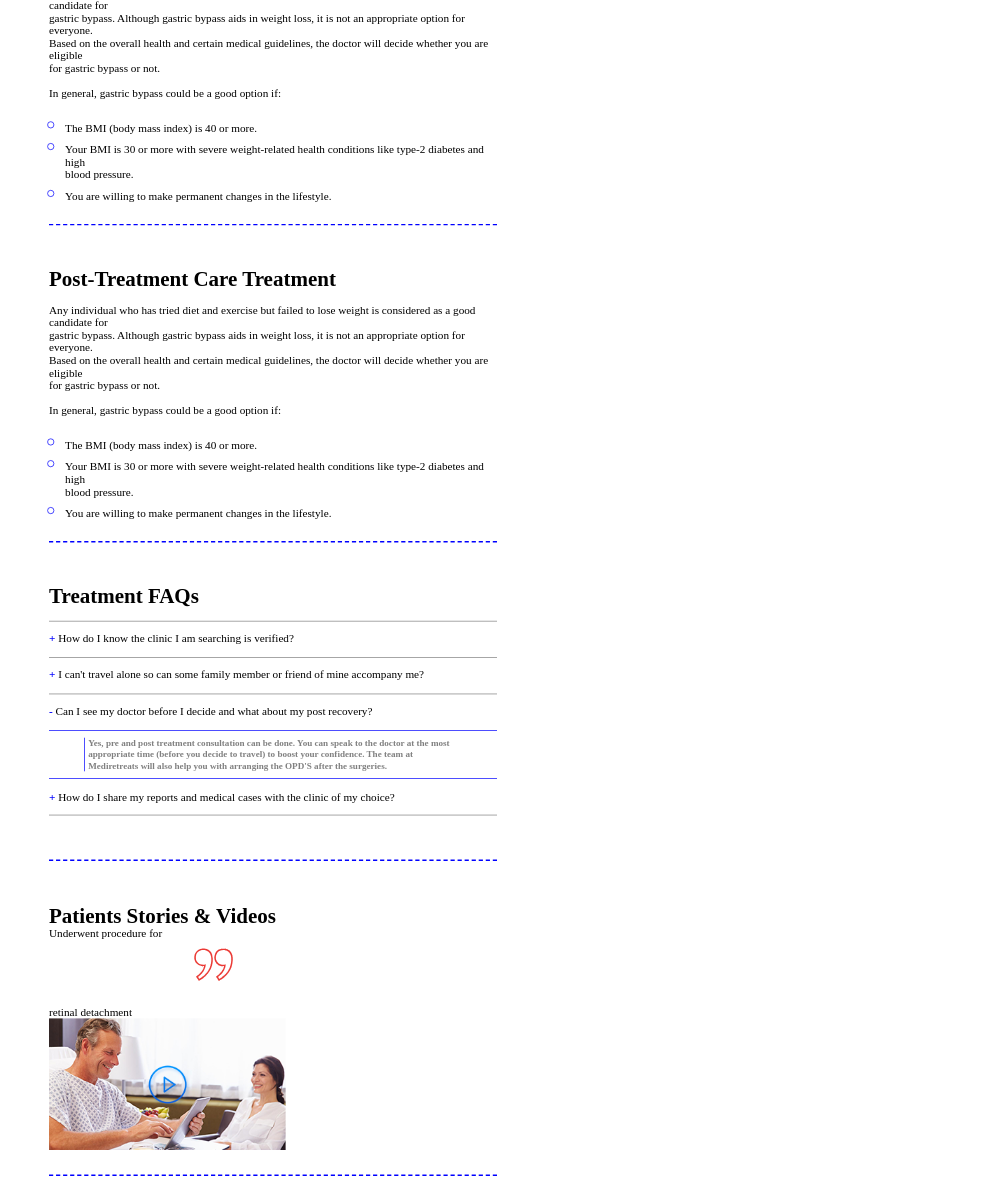
Repository: hetuk2005/webDevelopment
Page: Projects/Aafiya.html
An editor plug-in stored every save of this project. The page is shown before and after the next save, followed by the edit.
The browser window is 1280 px wide. The page is 1438 px wide, so the pictures cover 1438 px, including what lies to the right of the window. The pictures show the part of the page from y = 2827 to 4547 px (the page is 4517 px tall before and 4547 px after), at 70% of full size.

Above is the page before, as saved 2025-04-08 10:25:02.

### Projects/Aafiya.html
<!DOCTYPE html>
<html lang="en">

<head>
    <meta charset="UTF-8" />
    <meta name="viewport" content="width=device-width, initial-scale=1.0" />
    <title>Hetuk</title>
    <link rel="stylesheet" href="./CSS/Aafiya.css" />
</head>

<body>
    <nav>
        <div class="child1">
            <div class="images">
                <img src="./Images/Aafiya Logo.svg" alt="Aafiya Logo" class="img1" /><br />
                <img src="./Images/Logo 2.png" alt="Logo" class="img2" />
            </div>
            <div class="image_text">
                <div class="book_text">
                    <img src="./Images/Book.svg" alt="Book" class="img3" />
                    <div class="grid">
                        <br />
                        <p class="text">Second Medical Option</p>
                        <p class="text1">Book Consultation</p>
                    </div>
                </div>
                <div class="call_text">
                    <img src="./Images/Call.svg" alt="Call" class="img4" /><br />
                    <div class="grid">
                        <br />
                        <p class="text">Call Us On</p>
                        <p class="text1">985 896 2222</p>
                    </div>
                </div>
                <div class="mail_text">
                    <img src="./Images/Mail.png" alt="Mail" class="img5" />
                    <div class="grid">
                        <br />
                        <p class="text">Email Us On</p>
                        <p class="text1">info@mediretreats.com</p>
                    </div>
                </div>
                <div class="India">
                    <img src="./Images/India.svg" alt="India Flag" class="img6" />
                    <img src="./Images/Dropdown Arrow.svg" alt="Dropdown Arrow" class="img7" />
                </div>
            </div>
        </div>
        <div class="child2">
            <ul>
                <li>Home</li>
                <li>About Us</li>
                <li>Treatments +</li>
                <li>Destinations +</li>
                <li>Hospitals</li>
                <li>FAQs</li>
                <li>Blog</li>
                <li>Request A Quote</li>
            </ul>
            <input type="search" placeholder="Search" />
        </div>
    </nav>
    <div class="home_img">
        <div class="home_child">
            <p class="home_content">Home</p>
            <span> > </span>
            <p class="home_content">Treatments</p>
            <span> > </span>
            <p class="home_content">Orthopaedics</p>
            <span> > </span>
            <p class="home_content">Knee Replacement</p>
        </div>
        <br />
        <h3>Total Knee Replacement</h3>
        <p class="home_description">
            Total knee replacement is a surgery to remove and replace the whole<br /> damaged knee joint with an artificial joint.
        </p>
        <br />
        <button class="enquire_now">Enquire Now</button>
    </div>
    <div class="nav2">
        <ul>
            <li class="list">Overview</li>
            <li>Eligibility</li>
            <li>Preparation</li>
            <li>About Treatment</li>
            <li>Post-Treatment Care</li>
            <li>Recovery Tips</li>
            <li>FAQs</li>
            <li>Patients Stories</li>
        </ul>
    </div>
    <div class="treatment_overview">
        <div class="treatment_text">
            <h3>Treatment Overview</h3>
            <br />
            <p>
                Lorem ipsum dolor sit amet consectetur adipisicing elit.<br /> Earum, culpa vel debitis incidunt non quis.
            </p>
            <br />
            <p>
                Lorem ipsum dolor sit amet consectetur adipisicing elit.<br /> aliquam repudiandae, corporis consectetur dolorem eum.<br /> facilis quasi, praesentium inventore expedita quo hic.
            </p>
            <br />
            <p>
                Lorem ipsum dolor sit amet culpa vel debitis<br /> consectetur, adipisicing elit. Adipisci, nemo.
            </p>
            <br />
        </div>
        <div class="treatment_img">
            <img src="./Images/treatment_overview (1).jpg" alt="Image" />
        </div>
    </div>
    <div class="eligibility_for_treatment">
        <div class="eligibility_text">
            <h3>Eligibility For Treatment</h3>
            <br />
            <p>
                Any individual who has tried diet and exercise but failed to lose weight is considered as a good candidate for<br /> gastric bypass. Although gastric bypass aids in weight loss, it is not an appropriate option for everyone.<br /> Based
                on the overall health and certain medical guidelines, the doctor will decide whether you are eligible<br /> for gastric bypass or not.
            </p>
            <br />
            <p>In general, gastric bypass could be a good option if:</p>
            <br />
            <ul>
                <li>The BMI (body mass index) is 40 or more.</li>
                <li>
                    Your BMI is 30 or more with severe weight-related health conditions like type-2 diabetes and high<br /> blood pressure.
                </li>
                <li>You are willing to make permanent changes in the lifestyle.</li>
            </ul>
        </div>
        <br /><br /><br />
        <div class="eligibility_form">
            <h3>Need Help?</h3>
            <br />
            <p>
                Just let us know. We will be happy to<br /> assist you.
            </p>
            <br /><br />
            <form>
                <input type="text" placeholder="Full Name" /><br /><br />
                <input type="email" placeholder="Email" /><br /><br />
                <input type="tel" placeholder="Phone Number" /><br /><br />
                <input type="textarea" placeholder="Describe Your Treatment Requirement" class="textarea" /><br /><br />
                <button class="Enquiry">Send Enquiry</button>
            </form>
        </div>
    </div>
    <div class="preparation_of_treatment">
        <h3>Preparation Of Treatment</h3>
        <br />
        <p>
            Any individual who has tried diet and exercise but failed to lose weight is considered as a good candidate for<br /> gastric bypass. Although gastric bypass aids in weight loss, it is not an appropriate option for everyone.<br /> Based on
            the overall health and certain medical guidelines, the doctor will decide whether you are eligible<br /> for gastric bypass or not.
        </p>
        <br />
        <p>In general, gastric bypass could be a good option if:</p>
        <br />
        <ul>
            <li>The BMI (body mass index) is 40 or more.</li>
            <li>
                Your BMI is 30 or more with severe weight-related health conditions like type-2 diabetes and high<br /> blood pressure.
            </li>
            <li>You are willing to make permanent changes in the lifestyle.</li>
        </ul>
    </div>
    <div class="about_treatment">
        <h3>About Treatment</h3>
        <br />
        <p>
            Any individual who has tried diet and exercise but failed to lose weight is considered as a good candidate for<br /> gastric bypass. Although gastric bypass aids in weight loss, it is not an appropriate option for everyone.<br /> Based on
            the overall health and certain medical guidelines, the doctor will decide whether you are eligible<br /> for gastric bypass or not.
        </p>
        <br />
        <p>In general, gastric bypass could be a good option if:</p>
        <br />
        <ul>
            <li>The BMI (body mass index) is 40 or more.</li>
            <li>
                Your BMI is 30 or more with severe weight-related health conditions like type-2 diabetes and high<br /> blood pressure.
            </li>
            <li>You are willing to make permanent changes in the lifestyle.</li>
        </ul>
    </div>
    <div class="post_treatment">
        <h3>Post-Treatment Care Treatment</h3>
        <br />
        <p>
            Any individual who has tried diet and exercise but failed to lose weight is considered as a good candidate for<br /> gastric bypass. Although gastric bypass aids in weight loss, it is not an appropriate option for everyone.<br /> Based on
            the overall health and certain medical guidelines, the doctor will decide whether you are eligible<br /> for gastric bypass or not.
        </p>
        <br />
        <p>In general, gastric bypass could be a good option if:</p>
        <br />
        <ul>
            <li>The BMI (body mass index) is 40 or more.</li>
            <li>
                Your BMI is 30 or more with severe weight-related health conditions like type-2 diabetes and high<br /> blood pressure.
            </li>
            <li>You are willing to make permanent changes in the lifestyle.</li>
        </ul>
    </div>
    <div class="treatment_recovery">
        <h3>Post-Treatment Care Treatment</h3>
        <br />
        <p>
            Any individual who has tried diet and exercise but failed to lose weight is considered as a good candidate for<br /> gastric bypass. Although gastric bypass aids in weight loss, it is not an appropriate option for everyone.<br /> Based on
            the overall health and certain medical guidelines, the doctor will decide whether you are eligible<br /> for gastric bypass or not.
        </p>
        <br />
        <p>In general, gastric bypass could be a good option if:</p>
        <br />
        <ul>
            <li>The BMI (body mass index) is 40 or more.</li>
            <li>
                Your BMI is 30 or more with severe weight-related health conditions like type-2 diabetes and high<br /> blood pressure.
            </li>
            <li>You are willing to make permanent changes in the lifestyle.</li>
        </ul>
    </div>
    <div class="treatment_faqs">
        <h3>Treatment FAQs</h3>
        <br />
        <p>How do I know the clinic I am searching is verified?</p>
        <br />
        <p>
            I can't travel alone so can some family member or friend of mine accompany me?
        </p>
        <br />
        <p class="answered">
            Can I see my doctor before I decide and what about my post recovery?
        </p>
        <br />
        <p class="answer">
            <span class="left">
          Yes, pre and post treatment consultation can be done. You can speak to
          the doctor at the most<br />
          appropriate time (before you decide to travel) to boost your
          confidence. The team at<br />
          Mediretreats will also help you with arranging the OPD'S after the
          surgeries.
        </span>
        </p>
        <br />
        <a class="bottom">
        How do I share my reports and medical cases with the clinic of my
        choice?
      </a>
        <br />
    </div>
    <div class="patient_stories">
        <h3>Patients Stories & Videos</h3>
        <div class="stories_img">
            <p class="stories_text">Underwent procedure for</p> <img src="./Images/Quotes.svg" alt="Quotes" class="quotes">
            <p class="stories_text">retinal detachment</p>
            <img src="./Images/Patient_Stories.png" alt="Image Of Patient" class="patients" />
        </div>
    </div>
</body>

</html>

### Projects/CSS/Aafiya.css
* {
    margin: 0;
    padding: 0;
    box-sizing: border-box;
}

nav {
    width: 100%;
}

.child1 {
    display: flex;
    padding-top: 15px;
    gap: 20px;
    /* height: 50vh; */
    /* border: 1px solid black; */
    justify-content: space-evenly;
    align-items: center;
}

.img3,
.img4,
.img5 {
    height: 60px;
    width: 60px;
    padding-top: 10px;
    object-fit: contain;
}

.book_text,
.call_text,
.mail_text {
    display: flex;
    width: 250px;
    /* border: 1px solid red; */
    justify-content: center;
    padding-bottom: 15px;
}

.grid {
    display: grid;
    text-align: left;
    padding-left: 10px;
}

.img1 {
    height: 70px;
    width: 300px;
    object-fit: contain;
}

.img2 {
    height: 80px;
    width: 70px;
    object-fit: contain;
}

.image_text {
    display: flex;
    gap: 20px;
    padding-right: 50px;
}

.images {
    display: flex;
    gap: 25px;
    padding-left: 50px;
    justify-content: center;
    align-items: center;
}

.text1 {
    font-weight: bolder;
    font-size: 15px;
}

.text {
    font-weight: bold;
    color: gray;
    font-size: 15px;
}

.India {
    display: flex;
    padding-left: 5px;
    justify-content: center;
    gap: 8px;
}

.India>.img6 {
    height: 50px;
    /* width: 50px; */
    padding-top: 10px;
    object-fit: contain;
}

.India>.img7 {
    height: 40px;
    /* width: 40px; */
    padding-top: 23px;
    object-fit: contain;
}

.child2 {
    display: flex;
    padding-top: 10px;
    /* border: 1px solid black; */
    justify-content: space-evenly;
    align-items: center;
    color: white;
    padding-bottom: 10px;
    background-color: rgb(125, 163, 244);
}

.child2>ul {
    list-style-type: none;
    display: flex;
    gap: 60px;
    justify-content: center;
    font-weight: bold;
    align-items: center;
    font-size: larger;
    padding-right: 60px;
}

.child2>input {
    height: 45px;
    background-color: rgb(125, 163, 244);
    width: 200px;
    padding-left: 10px;
    font-weight: bold;
    border: 2px solid black;
}

.child2>input::placeholder {
    color: white;
    text-align: center;
    font-size: large;
    font-weight: bolder;
    opacity: 0.8;
}

.home_img {
    background-image: url(../Images/Main\ Image.jpg);
    background-position: center center;
    background-size: cover;
    background-repeat: no-repeat;
    padding: 80px 0;
    padding-left: 70px;
    position: relative;
    color: white;
}

.home_img>.home_child {
    display: flex;
    gap: 20px;
}

.home_img>.home_child>.home_content,
span {
    font-size: 20px;
    font-weight: bold;
}

.home_img>h3 {
    font-size: 37px;
    font-weight: bolder;
    margin-bottom: 15px;
}

.home_img>.home_description {
    font-size: 19px;
    margin-bottom: 25px;
    font-weight: bold;
}

.home_img>.home_child>span {
    color: red;
}

.home_img>.enquire_now {
    background-color: #1da1f2;
    font-weight: bold;
    color: white;
    font-size: 17px;
    width: 170px;
    height: 40px;
}

.nav2>ul {
    list-style-type: none;
    display: flex;
    gap: 50px;
    padding-left: 60px;
    padding-top: 25px;
    padding-bottom: 20px;
    border-bottom: 2px solid gray;
    font-size: larger;
    font-weight: 300;
}

.nav2>ul>.list:hover {
    text-decoration: underline;
}

.treatment_overview {
    display: flex;
    width: 100%;
    gap: 50px;
    margin-bottom: 10px;
    border-bottom: 2px dashed blue;
    margin-left: 70px;
}

.treatment_overview>.treatment_text {
    padding-top: 67px;
    padding-bottom: 50px;
}

.treatment_overview>.treatment_text>p {
    font-size: 25px;
    padding-bottom: 25px;
}

.treatment_overview>.treatment_text>h3 {
    font-weight: bold;
    font-size: 30px;
}

.treatment_overview>.treatment_img>img {
    height: 480px;
    width: 700px;
    padding-top: 40px;
    padding-bottom: 40px;
    object-fit: contain;
    margin-right: 70px;
}

.eligibility_for_treatment {
    display: flex;
    width: 100%;
    gap: 80px;
    padding-top: 50px;
    margin-left: 70px;
}

.eligibility_for_treatment>.eligibility_text {
    border-bottom: 2px dashed blue;
}

.eligibility_for_treatment>.eligibility_text>h3 {
    font-size: 30px;
    font-weight: bold;
}

.eligibility_for_treatment>.eligibility_text>ul {
    list-style-type: circle;
    padding-left: 23px;
}

.eligibility_for_treatment>.eligibility_text>ul>li::marker {
    color: blue;
    font-size: 30px;
    font-weight: bold;
}

.eligibility_for_treatment>.eligibility_form>h3 {
    font-size: 35px;
    color: blue;
    font-weight: bold;
    font-style: italic;
}

.eligibility_form {
    box-shadow: 0 0 10px rgba(0, 0, 0, 0.4);
    border-radius: 7px;
    padding: 20px;
}

.eligibility_for_treatment>.eligibility_form>p {
    font-size: 20px;
}

.eligibility_for_treatment>.eligibility_form>form>input {
    height: 40px;
    width: 300px;
    gap: 20px;
    border: 2px solid black;
    border-radius: 7px;
}

.eligibility_for_treatment>.eligibility_form>form>input::placeholder {
    color: gray;
    padding-left: 15px;
}

.eligibility_for_treatment>.eligibility_form>form>.textarea {
    height: 100px;
    width: 300px;
    border: 2px solid black;
    border-radius: 7px;
}


/*.eligibility_for_treatment>.eligibility_form>form>.textarea::placeholder {
    padding-bottom: 70px;
}*/

.eligibility_for_treatment>.eligibility_form>form>button {
    background: linear-gradient(to right, #00aaff, #66ccff);
    color: white;
    width: 100%;
    border-radius: 7px;
    border: none;
    height: 45px;
}

.preparation_of_treatment>h3 {
    font-size: 30px;
    font-weight: bold;
}

.preparation_of_treatment {
    border-bottom: 2px dashed blue;
    margin-bottom: 10px;
    padding-bottom: 30px;
    gap: 50px;
    padding-top: 50px;
    margin-left: 70px;
    width: 50%;
}

.preparation_of_treatment>ul {
    list-style-type: circle;
    padding-left: 23px;
}

.preparation_of_treatment>ul>li::marker {
    color: blue;
    font-size: 30px;
    font-weight: bold;
}

.about_treatment {
    border-bottom: 2px dashed blue;
    margin-bottom: 10px;
    padding-bottom: 30px;
    gap: 50px;
    padding-top: 50px;
    margin-left: 70px;
    width: 50%;
}

.about_treatment>ul {
    list-style-type: circle;
    padding-left: 23px;
}

.about_treatment>ul>li::marker {
    color: blue;
    font-size: 30px;
    font-weight: bold;
}

.about_treatment>h3 {
    font-size: 30px;
    font-weight: bold;
}

.post_treatment {
    border-bottom: 2px dashed blue;
    margin-bottom: 10px;
    padding-bottom: 30px;
    gap: 50px;
    padding-top: 50px;
    margin-left: 70px;
    width: 50%;
}

.post_treatment>ul {
    list-style-type: circle;
    padding-left: 23px;
}

.post_treatment>ul>li::marker {
    color: blue;
    font-size: 30px;
    font-weight: bold;
}

.post_treatment>h3 {
    font-size: 30px;
    font-weight: bold;
}

.treatment_recovery {
    border-bottom: 2px dashed blue;
    margin-bottom: 10px;
    padding-bottom: 30px;
    gap: 50px;
    padding-top: 50px;
    margin-left: 70px;
    width: 50%;
}

.treatment_recovery>ul {
    list-style-type: circle;
    padding-left: 23px;
}

.treatment_recovery>ul>li::marker {
    color: blue;
    font-size: 30px;
    font-weight: bold;
}

.treatment_recovery>h3 {
    font-size: 30px;
    font-weight: bold;
}

.treatment_faqs>h3 {
    font-size: 30px;
    font-weight: bold;
}

.treatment_faqs {
    border-bottom: 2px dashed blue;
    padding-bottom: 45px;
    margin-bottom: 11px;
    gap: 50px;
    padding-top: 50px;
    margin-left: 70px;
    width: 50%;
}

.treatment_faqs>p {
    border-top: 1px solid gray;
    padding-top: 15px;
    counter-reset: value;
}

.treatment_faqs>p::before {
    counter-increment: value;
    content: "+  ";
    font-weight: bold;
    color: blue;
}

.treatment_faqs>.answered {
    counter-reset: value;
}

.treatment_faqs>.answered::before {
    counter-increment: value;
    content: "-  ";
    color: blue;
}

.treatment_faqs>.bottom {
    border-bottom: 1px solid gray;
    display: block;
    padding-bottom: 15px;
    counter-reset: value;
}

.treatment_faqs>.bottom::before {
    counter-increment: value;
    content: "+  ";
    font-weight: bold;
    color: blue;
}

.treatment_faqs>.answer {
    border-top: 1px solid blue;
    border-bottom: 1px solid blue;
    padding-left: 50px;
    padding-top: 10px;
    padding-bottom: 10px;
    counter-reset: value;
}

.treatment_faqs>.answer::before {
    counter-increment: value;
    content: "";
    color: blue;
}

.treatment_faqs>.answer>.left {
    border-left: 1px solid blue;
    display: block;
    font-size: small;
    padding-left: 5px;
    color: gray;
}

.patient_stories {
    border-bottom: 2px dashed blue;
    margin-bottom: 10px;
    padding-bottom: 30px;
    gap: 50px;
    padding-top: 50px;
    margin-left: 70px;
    width: 50%;
}

.patient_stories>h3 {
    font-size: 30px;
    font-weight: bold;
}

.patient_stories>.stories_img>.quotes {
    height: 70px;
    width: 70px;
    margin-left: 200px;
    margin-bottom: 20px;
    object-fit: contain;
}

After the next save:
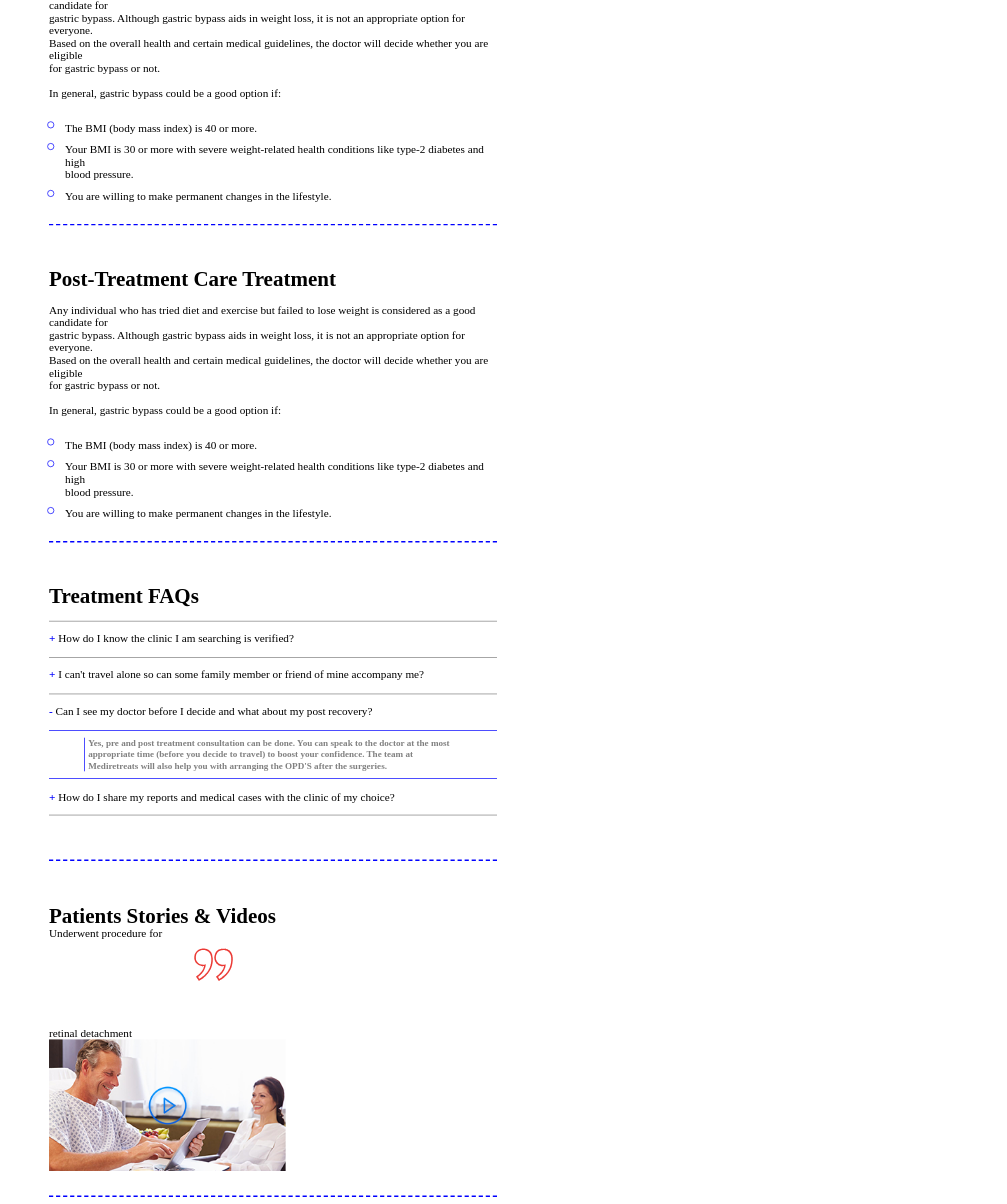
Saved 9 s later.
--- a/Projects/CSS/Aafiya.css
+++ b/Projects/CSS/Aafiya.css
@@ -513,6 +513,6 @@ span {
     height: 70px;
     width: 70px;
     margin-left: 200px;
-    margin-bottom: 20px;
-    object-fit: contain;
-}
+    margin-bottom: 50px;
+    object-fit: contain;
+}
